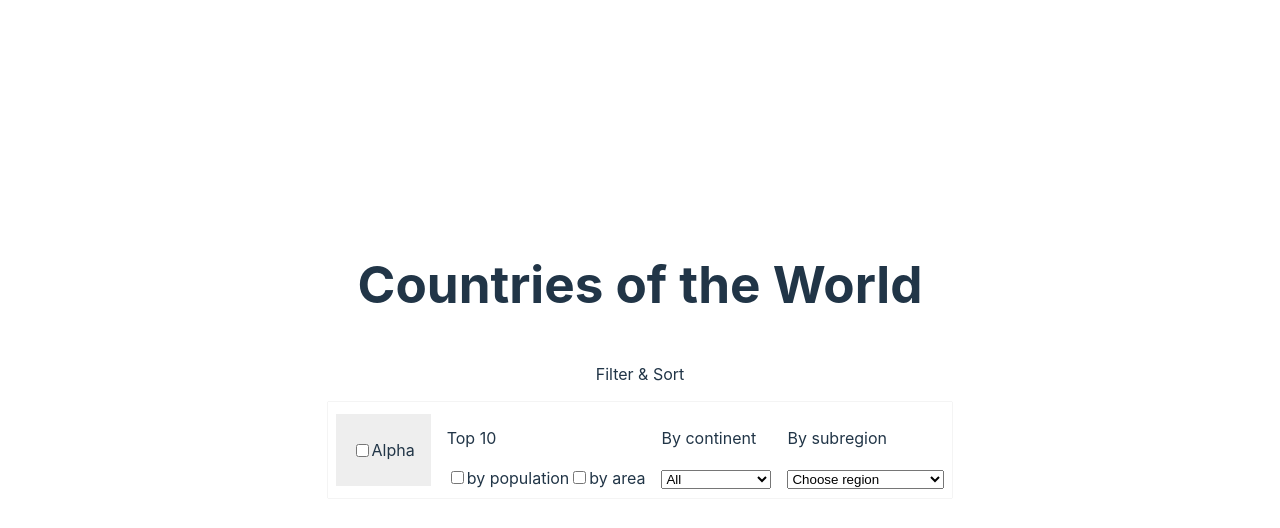
Repository: SamanthaYan298/my_countries
Page: /
These files come from the project's save history. The page is drawn as it stood at one moment and after the next save; the edit follows.
The browser window is 1280 px wide. The pictures show the whole page.
The project was rebuilt for these pictures with package versions that can differ from the ones it lists, and the page was loaded fresh each time. Also part of the build but not shown: vite.config.js.

Above is the page before, as saved 2024-11-04 17:30:10.

After the next save:
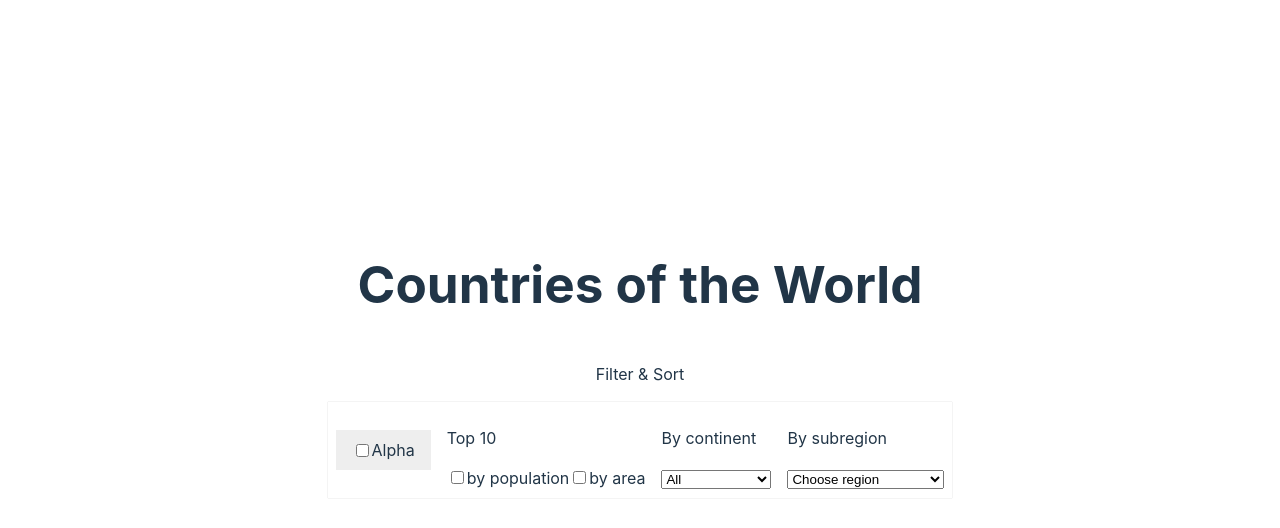
Saved 77 s later.
--- a/src/App.css
+++ b/src/App.css
@@ -30,6 +30,10 @@
   margin-top: 0;
 }
 
+.alpha p {
+  margin: 0;
+}
+
 .filters {
   align-items: center;
   text-align: center;

After the save that followed:
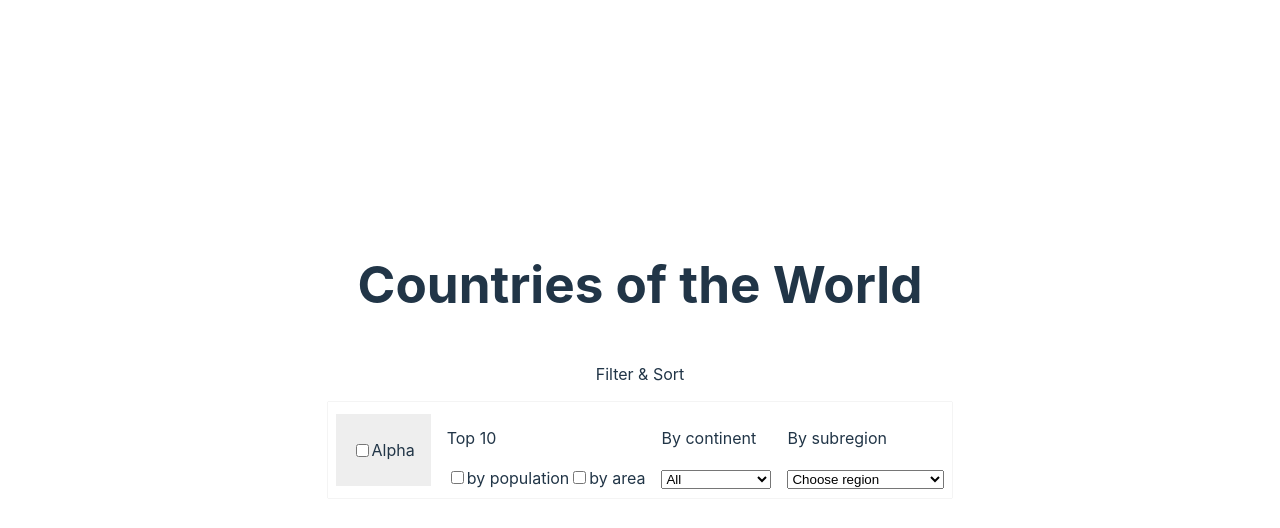
Saved 20 s later.
--- a/src/App.css
+++ b/src/App.css
@@ -31,7 +31,7 @@
 }
 
 .alpha p {
-  margin: 0;
+  padding-top: 0;
 }
 
 .filters {
